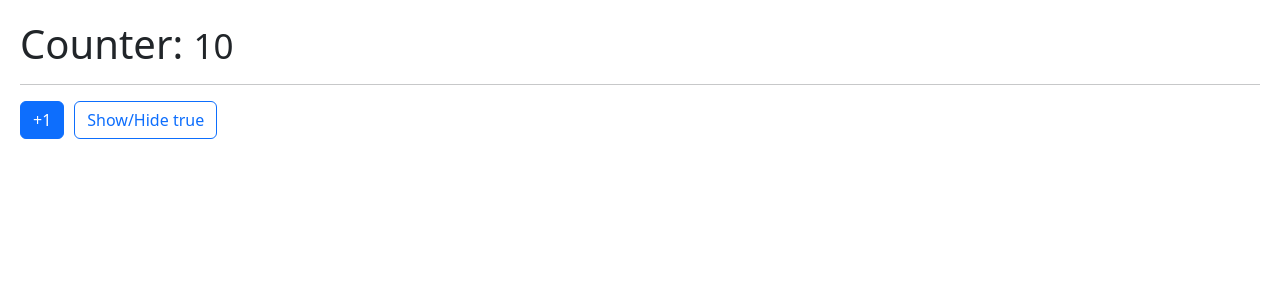
Repository: bryanesteban/hooks-App
Page: /
These files come from the project's save history. The page is drawn as it stood at one moment and after the next save; the edit follows.
The browser window is 1280 px wide. The pictures show the whole page.
The project was rebuilt for these pictures with package versions that can differ from the ones it lists, and the page was loaded fresh each time. Also part of the build but not shown: vite.config.js.

Above is the page before, as saved 2024-07-27 07:24:40.

### src/main.jsx
import React from 'react'
import ReactDOM from 'react-dom/client'
import './index.css'
import { HooksApp } from './HooksApp'
import { CounterApp } from './01-useState/CounterApp'
import { CounterWithCustomHook } from './01-useState/CounterWithCustomHook'
import { SimpleForm } from './02-useEffect/SimpleForm'
import { FormWithCustomHook } from './02-useEffect/FormWithCustomHook'
import { MultipleCustomHook } from './03-examples/MultipleCustomHook'
import { FocusScreen } from './04-useRef/FocusScreen'
import { Layout } from './05-useLayoutEffect/Layout'
import { Memorize } from './06-memos/Memorize'

ReactDOM.createRoot(document.getElementById('root')).render(
  // <React.StrictMode>
  //   <FormWithCustomHook />
  // <MultipleCustomHook />
  // <FocusScreen/>
  // <Layout/>
      <Memorize/>

  // </React.StrictMode>
)

### src/06-memos/Memorize.jsx
import { useState } from "react";
import { useCounter } from "../hooks/useCounter"
import { Small } from "./Small";

export const Memorize = () => {

    const { counter, increment} = useCounter( 10 );
    const [show, setShow] = useState(true);
    return(
        <>
            <h1> Counter:  <Small value={counter}/> </h1>
            <hr/>


        <button
            className="btn btn-primary"
            onClick={ () => increment() }

        >
            +1
        </button>
        <button
            className="btn btn-outline-primary"
            onClick= { () => setShow( !show )}
        >
            Show/Hide {JSON.stringify(show)}

        </button>
        </>
    )
}

### src/hooks/useCounter.jsx
import { useState } from "react"

export const useCounter = (initialValue = 10 ) => {

    const [counter, setCounter] = useState(initialValue);

    const  increment  = (value = 1) => {
        setCounter( counter + value );
    }
    const  decrement  = (value = 1) => {
        if (counter === 0 ) return;
        setCounter( counter - value );
    }
    const  reset  = () => {
        setCounter( initialValue );
    }


    return {
        counter,
        increment,
        decrement,
        reset,
    }

}

### src/06-memos/Small.jsx
import { memo } from 'react';

export  const Small = memo(({ value }) => {

    console.log('Me volvi a dibujar =(');

    return(
        <small>{ value }</small>
    )
})

### src/HooksApp.jsx
import React from 'react'

export const HooksApp = () => {
  return (
    <h1>HooksApp</h1>
  )
}

### src/01-useState/CounterApp.jsx
import React, { useState } from 'react'

export const CounterApp = () => {


    const [state, setCounter] = useState({
        Counter1: 10,
        Counter2: 20,
        Counter3: 30,
      });

      const {Counter1, Counter2, Counter3} = state;


    return (
    <>
    <h1>Counter1: { Counter1 }</h1>
    <h1>Counter2: { Counter2 }</h1>
    <h1>Counter3: { Counter3 }</h1>
    <hr/>

    <button
        className='btn'
        onClick={
            () => setCounter({
                ...state,
                Counter1: Counter1 + 1 ,

            })
        }> +1</button>

    </>
  )
}

### src/01-useState/CounterWithCustomHook.jsx
import { useCounter } from "../hooks/useCounter"



export const CounterWithCustomHook = () => {

    const { counter, increment, decrement, reset } = useCounter();



  return (
    <>
    <div>Counter with Hook : {counter}</div>
    <hr/>

    <button className="btn btn-primary" onClick={() => increment(1)}>+1</button>
    <button className="btn btn-primary" onClick={reset}>Reset</button>
    <button className="btn btn-primary" onClick={() => decrement(1)}>-1</button>
    </>

  )
}

### src/02-useEffect/SimpleForm.jsx


import React, { useEffect, useState } from 'react'
import { Message } from './Message';

export const SimpleForm = () => {

    const [formState, setFormState] = useState({
        username:'Evalion',
        email: 'bryanesteban_123@hotmail.com',
    });

    const { username, email } = formState;

    const onInputChange = ({target}) => {
        const { name, value } = target;
        setFormState({
            ...formState,
            [name]:value
        });
    }

    useEffect(() => {
        // console.log('useEffect called!');
    },[]);

    useEffect(() => {
        // console.log('useEffect called!');
    },[email]);




return (

    <>
        <h1>Formulario Simple</h1>
        <hr/>

        <input
            type="text"
            className="form-control"
            placeholder="Username"
            name="username"
            value={ username }
            onChange={ onInputChange }
        />

        <input
            type="email"
            className="form-control mt-2"
            placeholder="bryan@correo.com"
            name="email"
            value={ email }
            onChange={ onInputChange }
        />

        {
            (username === 'Evalion2') && <Message></Message>
        }


    </>
  )
}

### src/02-useEffect/FormWithCustomHook.jsx


import React, { useEffect, useState } from 'react'
import { Message } from './Message';
import { useForm } from '../hooks/useForm';

export const FormWithCustomHook = () => {



    const { formState, onInputChange, onResetForm, username, email, password } = useForm({
        username:'',
        email: '',
        password: '',
    });

    // const { username, email, password} = formState;
    useEffect(() => {
        // console.log('useEffect called!');
    },[]);

    useEffect(() => {
        // console.log('useEffect called!');
    },[email]);




return (

    <>
        <h1>Formulario con Custom Hook</h1>
        <hr/>

        <input
            type="text"
            className="form-control"
            placeholder="Username"
            name="username"
            value={ username }
            onChange={ onInputChange }
        />

        <input
            type="email"
            className="form-control mt-2"
            placeholder="bryan@correo.com"
            name="email"
            value={ email }
            onChange={ onInputChange }
        />

        <input
            type="password"
            className="form-control mt-2"
            placeholder="Contraseña"
            name="password"
            value={ password }
            onChange={ onInputChange }
        />

        {
            (username === 'Evalion2') && <Message></Message>
        }

        <button onClick={ onResetForm } className="btn btn-primary mt-2">Borrar</button>

    </>
  )
}

### src/03-examples/MultipleCustomHook.jsx

import React from 'react'
import { useFetch } from '../hooks/useFetch'
import { useCounter } from '../hooks/useCounter';
import { LoadingMessage } from './LoadingMessage';
import { PokemonCard } from './PokemonCard';

export const MultipleCustomHook = () => {

    const { counter, decrement, increment } = useCounter(1);
    const { data, hasError, isLoading} = useFetch(`https://pokeapi.co/api/v2/pokemon/${ counter }`);




    return (
    <>
    <h1>Informacion de Pokemon</h1>
    <hr></hr>
        { isLoading
            ?  <LoadingMessage/>
            : (
              <PokemonCard
                id={data?.id}
                name={ data?.name}
                sprites={[
                    data.sprites.front_default,
                    data.sprites.front_shiny,
                    data.sprites.back_default,
                    data.sprites.back_shiny,
                ]}
            />
            )
        }
        {/* <pre> {JSON.stringify(data, null, 2 )} </pre> */}





        <button
            className="btn btn-primary mt-2"
            onClick={() => counter > 1 ? decrement() : null }
        >
            Anteriores
        </button>
        <button
            className="btn btn-primary  mt-2"
            onClick={() => increment()}
        >
            Siguiente
        </button>

    </>

  )
}

### src/04-useRef/FocusScreen.jsx
import React, { useRef } from 'react'

export const FocusScreen = () => {

    const inputRef = useRef();


    const onClick = () => {
       inputRef.current.select();
    }

    return (
    <>
        <h1>Focus Screen</h1>
        <hr/>

        <input
            ref={ inputRef }
            type="text"
            placeholder="Ingrese su nombre"
            className='form-control'

        />

        <button
        className="btn btn-primary mt-2"
        onClick={ onClick }
        >

            Set focus
        </button>
    </>
  )
}

### src/05-useLayoutEffect/Layout.jsx

import React from 'react'
import { useFetch } from '../hooks/useFetch'
import { useCounter } from '../hooks/useCounter';
import { LoadingMessage } from '../03-examples/LoadingMessage';
import { PokemonCard } from '../03-examples/PokemonCard';

export const Layout = () => {

    const { counter, decrement, increment } = useCounter(1);
    const { data, hasError, isLoading} = useFetch(`https://pokeapi.co/api/v2/pokemon/${ counter }`);




    return (
    <>
    <h1>Informacion de Pokemon</h1>
    <hr></hr>
        { isLoading
            ?  <LoadingMessage/>
            : (
              <PokemonCard
                id={data?.id}
                name={ data?.name}
                sprites={[
                    data.sprites.front_default,
                    data.sprites.front_shiny,
                    data.sprites.back_default,
                    data.sprites.back_shiny,
                ]}
            />
            )
        }
        {/* <pre> {JSON.stringify(data, null, 2 )} </pre> */}





        <button
            className="btn btn-primary mt-2"
            onClick={() => counter > 1 ? decrement() : null }
        >
            Anteriores
        </button>
        <button
            className="btn btn-primary  mt-2"
            onClick={() => increment()}
        >
            Siguiente
        </button>

    </>

  )
}

### src/02-useEffect/Message.jsx
import { useEffect, useState } from "react";

export const Message = () => {

    const [coords, setCoords] = useState( { x: 0, y : 0});

    useEffect(() => {
        const onMouseMove = ( { x , y }) => {
            // const coords = { x , y};
            setCoords({x , y});

        }

        window.addEventListener( 'mousemove', onMouseMove );


      return () => {
        window.removeEventListener( 'mousemove', onMouseMove);
      }
    }, []);


    return (
    <>
        <h3> Usuario ya existe</h3>
        {JSON.stringify(coords)}
    </>
  )
}

### src/hooks/useForm.js
import { useState } from "react";

export const useForm = ( initialForm = {}) => {

    const [formState, setFormState] = useState( initialForm);


    const onInputChange = ({target}) => {
        const { name, value } = target;
        setFormState({
            ...formState,
            [name]:value
        });
    }

    const onResetForm =() => {
        setFormState(initialForm);
    }

    return {
        ...formState,
        formState,
        onInputChange,
        onResetForm
    }
}

### src/hooks/useFetch.js


import React, { useEffect, useState } from 'react'

const localCache = {};

export const useFetch = ( url ) => {



    const [state, setstate] = useState({
        date:null,
        isLoading: true,
        hasError: false,
        error: null,
    });

    useEffect(() => {
        getFetch();


    }, [url])


    const setLoadingState = () => {
        setstate({
            date:null,
            isLoading: true,
            hasError: false,
            error: null,
        });
    }

    const getFetch = async() => {

        if( localCache [url]){
            console.log('Usando cache');
            setstate({
                data: localCache[url],
                isLoading: false,
                hasError: false,
                error: null,
            });
            return;
        }

        setLoadingState();
       const resp = await fetch( url );

       //sleep
       await new Promise( resolve => setTimeout(resolve, 1000));

       if( !resp.ok){
        setstate({
            data:null,
            isLoading: false,
            hasError: true,
            error:{
                code: resp.status,
                message: resp.statusText,
            }
        });
        return;
       }


       const data = await resp.json();
       setstate({
        data:data,
        isLoading: false,
        hasError: false,
        error: null
       })

       localCache[ url] = data;
    }

    return {
        data: state.data,
        isLoading: state.isLoading,
        hasError: state.hasError,
  }
}

### src/03-examples/LoadingMessage.jsx
import React from 'react'

export const LoadingMessage = () => {
  return (
    <section
        style={{height: 200}}
        className="alert alert-info text-center p-0 m-0 d-flex align-items-center justify-content-center"
    >
        <h1>Cargando</h1>
    </section>
  )
}

### src/03-examples/PokemonCard.jsx
import React from 'react'

export const PokemonCard = ({ id, name, sprites=[] }) => {
  return (
    <section style={{ height: 200}}>
        <h2 className="text-capitalize">#{id} - { name}</h2>

        {/* Imagenes */}
        <div>
            {
                sprites.map( sprite => (
                    <img key={ sprite } src={ sprite } alt={ sprite }/>
                ) )
            }
        </div>
    </section>
  )
}

Loaded but not shown: index.html (common file); src/index.css (common file)

After the next save:
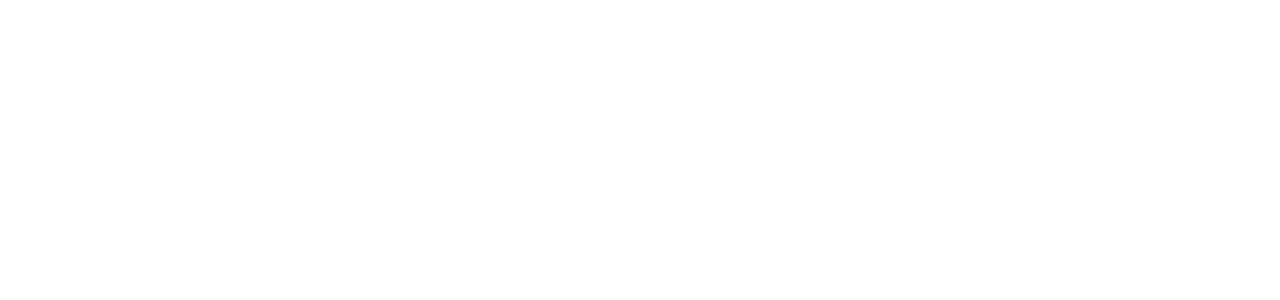
Console error: ReferenceError: React is not defined
Saved 66 s later.
--- a/src/06-memos/Small.jsx
+++ b/src/06-memos/Small.jsx
@@ -1,6 +1,6 @@
-import { memo } from 'react';
+// import { memo } from 'react';
 
-export  const Small = memo(({ value }) => {
+export  const Small = React.memo(({ value }) => {
 
     console.log('Me volvi a dibujar =(');
 

After the save that followed:
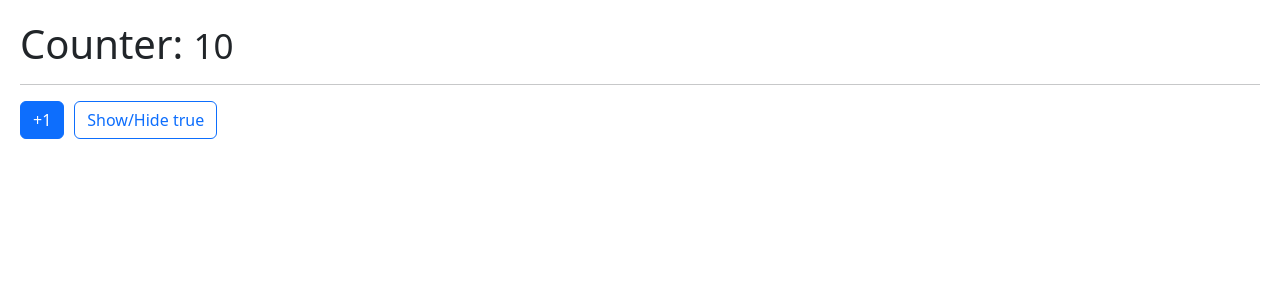
The error is gone.
Saved 10 s later.
--- a/src/06-memos/Small.jsx
+++ b/src/06-memos/Small.jsx
@@ -1,6 +1,6 @@
-// import { memo } from 'react';
+import { memo } from 'react';
 
-export  const Small = React.memo(({ value }) => {
+export  const Small = memo(({ value }) => {
 
     console.log('Me volvi a dibujar =(');
 
